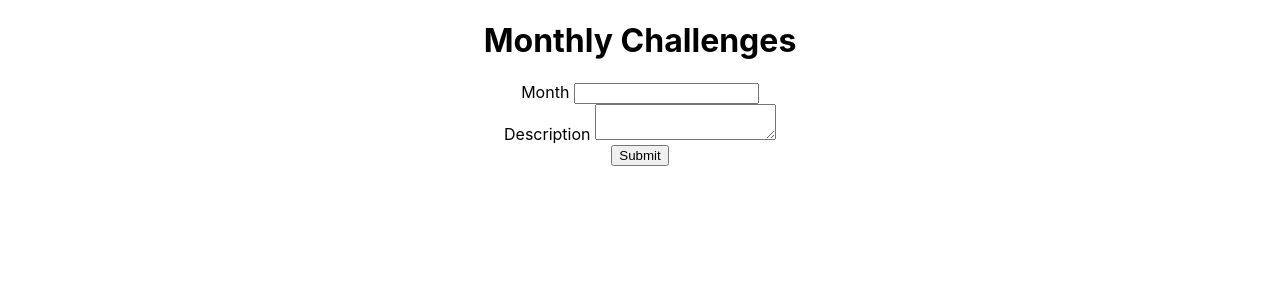
Repository: Vikaskoli/MonthlyMilestones_Front-end
Page: /
An editor plug-in stored every save of this project. The page is shown before and after a run of saves, followed by the edit.
The browser window is 1280 px wide. The pictures show the whole page.
The page's requests for data from a server got no answer. The project was rebuilt for these pictures with package versions that can differ from the ones it lists, and the page was loaded fresh each time. No one was signed in, and anything a server would have sent is missing. Also part of the build but not shown: src/component/Milestone.js. Imported but missing from the stored project, and not drawn on this page: src/component/ChallengeDetails.

Above is the page before, as saved 2024-12-02 15:22:02.

After the next 2 saves:
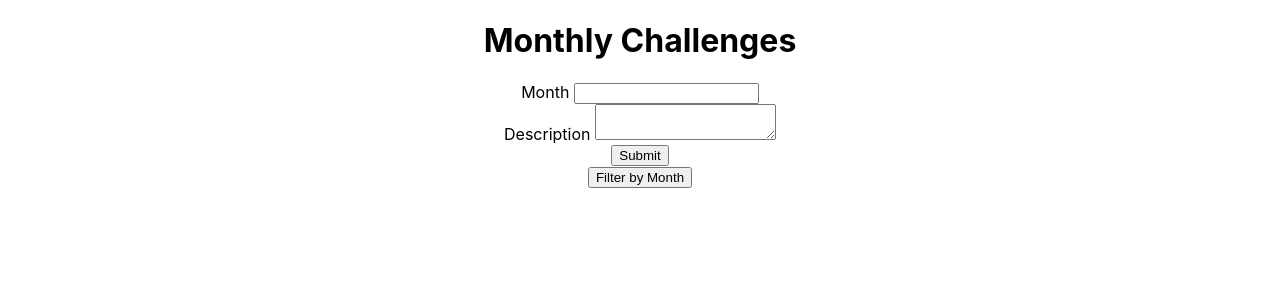
The 2 saves are shown as one change because they came seconds apart.
The last was saved 16 s later.
--- a/src/component/ChallengeList.js
+++ b/src/component/ChallengeList.js
@@ -1,14 +1,30 @@
+import Milestone from './Milestone';
 
-import Milestone from "./Milestone";
+function ChallengeList({ challenges, onUpdate, onDelete, onFilterByMonth }) {
+  const handleFilter = () => {
+    const month = prompt('Enter the month to filter challenges:');
+    if (month) onFilterByMonth(month);
+  };
 
-function ChallengeList({challenges}){
-  return(
+  const handleUpdate = (challenge) => {
+    const updatedDescription = prompt('Enter new description:', challenge.description);
+    if (updatedDescription) {
+      const updatedChallenge = { ...challenge, description: updatedDescription };
+      onUpdate(challenge.id, updatedChallenge);
+    }
+  };
+
+  return (
     <div>
-    {challenges.map(challenge => (
-      <Milestone key = {challenge.id}
-      challenge = {challenge}/>
-    ))}
-
+      <button onClick={handleFilter}>Filter by Month</button>
+      {challenges.map((challenge) => (
+        <Milestone
+          key={challenge.id}
+          challenge={challenge}
+          onUpdate={handleUpdate}
+          onDelete={() => onDelete(challenge.id)}
+        />
+      ))}
     </div>
   );
 }

After the 3 saves that followed:
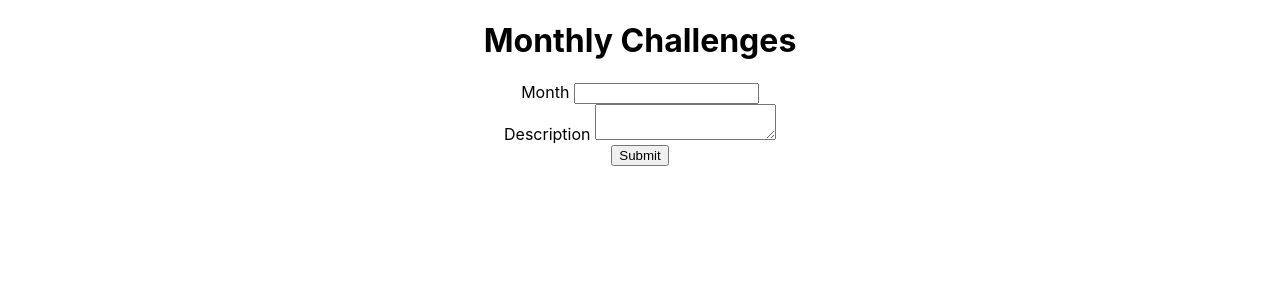
The 3 saves are shown as one change because 1 left the picture as it was and some came seconds apart.
The last was saved 5 min 43 s later.
--- a/src/App.js
+++ b/src/App.js
@@ -3,15 +3,21 @@ import './App.css';
 import ChallengeList from './component/ChallengeList';
 import axios from 'axios';
 import AddMilestone from './component/AddMilestone';
+import ChallengeDetails from './component/ChallengeDetails';
 
 function App() {
+  // State to store the list of challenges
   const [challenges, setChallenges] = useState([]);
+
+  // State to track the selected challenge for update or display
   const [selectedChallenge, setSelectedChallenge] = useState(null);
 
+  // Fetch the challenges when the component mounts
   useEffect(() => {
     fetchChallenges();
   }, []);
 
+  // Function to fetch challenges from the backend
   const fetchChallenges = async () => {
     try {
       const response = await axios.get('http://localhost:8080/challenges');
@@ -21,32 +27,33 @@ function App() {
     }
   };
 
-  const fetchChallengeByMonth = async (month) => {
-    try {
-      const response = await axios.get(`http://localhost:8080/challenges/${month}`);
-      setChallenges([response.data]); // Show the filtered challenge
-    } catch (error) {
-      console.error('Error fetching challenge by month: ', error);
-    }
-  };
-
+  // Function to handle adding a new challenge
   const handleChallengeAdded = () => {
     fetchChallenges();
   };
 
+  // Function to handle selecting a challenge (for editing/viewing details)
+  const handleChallengeSelected = (challenge) => {
+    setSelectedChallenge(challenge);
+  };
+
+  // Function to handle updating a challenge
   const handleChallengeUpdated = async (id, updatedChallenge) => {
     try {
       await axios.put(`http://localhost:8080/challenges/${id}`, updatedChallenge);
-      fetchChallenges();
+      fetchChallenges(); // Refresh the list
+      setSelectedChallenge(null); // Deselect after update
     } catch (error) {
       console.error('Error updating challenge: ', error);
     }
   };
 
+  // Function to handle deleting a challenge
   const handleChallengeDeleted = async (id) => {
     try {
       await axios.delete(`http://localhost:8080/challenges/${id}`);
-      fetchChallenges();
+      fetchChallenges(); // Refresh the list
+      if (selectedChallenge?.id === id) setSelectedChallenge(null); // Deselect if deleted
     } catch (error) {
       console.error('Error deleting challenge: ', error);
     }
@@ -55,13 +62,23 @@ function App() {
   return (
     <div className="App">
       <h1>Monthly Challenges</h1>
+      {/* Component to add a new challenge */}
       <AddMilestone onChallengeAdded={handleChallengeAdded} />
+
+      {/* Component to display the list of challenges */}
       <ChallengeList
         challenges={challenges}
-        onUpdate={handleChallengeUpdated}
+        onSelect={handleChallengeSelected}
         onDelete={handleChallengeDeleted}
-        onFilterByMonth={fetchChallengeByMonth}
       />
+
+      {/* Component to display and update the selected challenge */}
+      {selectedChallenge && (
+        <ChallengeDetails
+          challenge={selectedChallenge}
+          onUpdate={handleChallengeUpdated}
+        />
+      )}
     </div>
   );
 }
--- a/src/component/ChallengeList.js
+++ b/src/component/ChallengeList.js
@@ -1,27 +1,15 @@
 import Milestone from './Milestone';
 
-function ChallengeList({ challenges, onUpdate, onDelete, onFilterByMonth }) {
-  const handleFilter = () => {
-    const month = prompt('Enter the month to filter challenges:');
-    if (month) onFilterByMonth(month);
-  };
-
-  const handleUpdate = (challenge) => {
-    const updatedDescription = prompt('Enter new description:', challenge.description);
-    if (updatedDescription) {
-      const updatedChallenge = { ...challenge, description: updatedDescription };
-      onUpdate(challenge.id, updatedChallenge);
-    }
-  };
-
+// Component to display a list of challenges
+function ChallengeList({ challenges, onSelect, onDelete }) {
   return (
     <div>
-      <button onClick={handleFilter}>Filter by Month</button>
+      {/* Render each challenge using the Milestone component */}
       {challenges.map((challenge) => (
         <Milestone
           key={challenge.id}
           challenge={challenge}
-          onUpdate={handleUpdate}
+          onSelect={() => onSelect(challenge)}
           onDelete={() => onDelete(challenge.id)}
         />
       ))}
